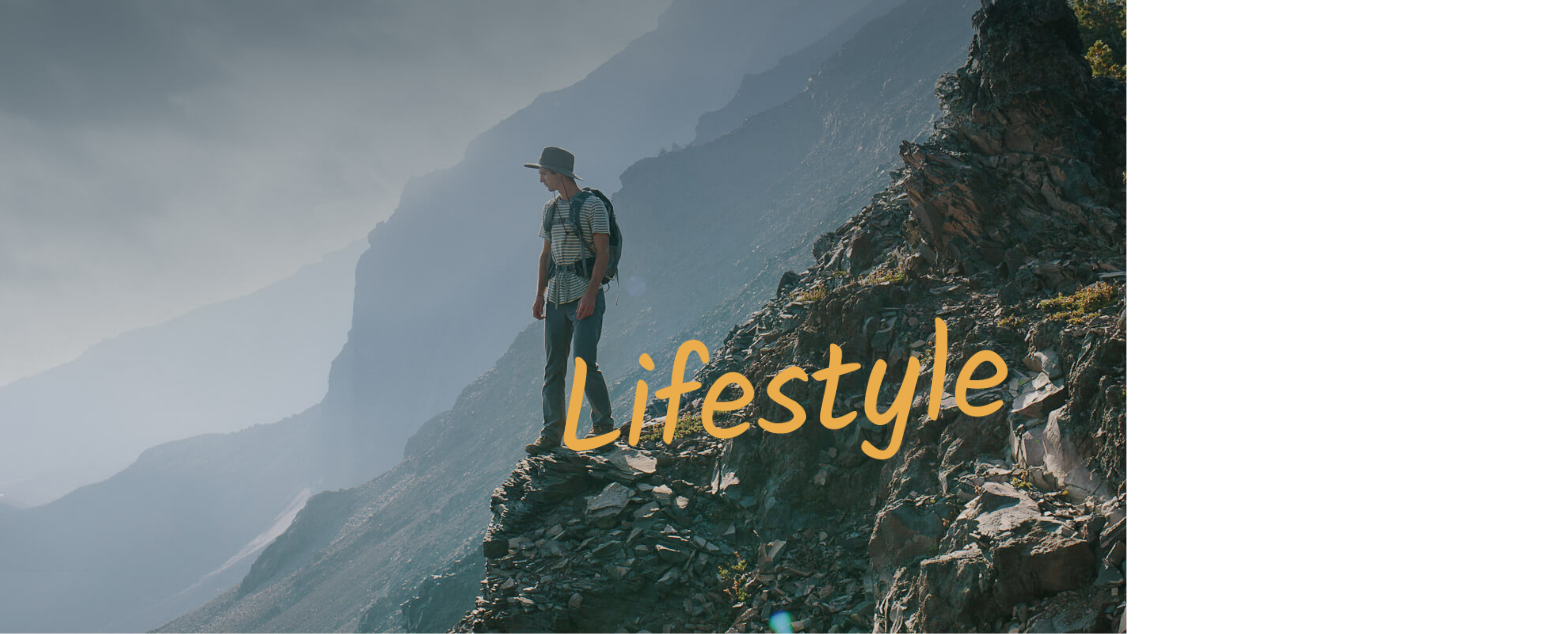
Repository: MalgorzataMazur/BeLife
Page: index.html
An editor plug-in stored every save of this project. The page is shown before and after the next save, followed by the edit.
The browser window is 1280 px wide. The page is 1780 px wide, then 1280 px, then 1780 px, so the pictures cover 1780 px, including what lies to the right of the window. The pictures show the whole page, at 88% of full size.

Above is the page before, as saved 2019-10-29 19:21:20.

After the next save:
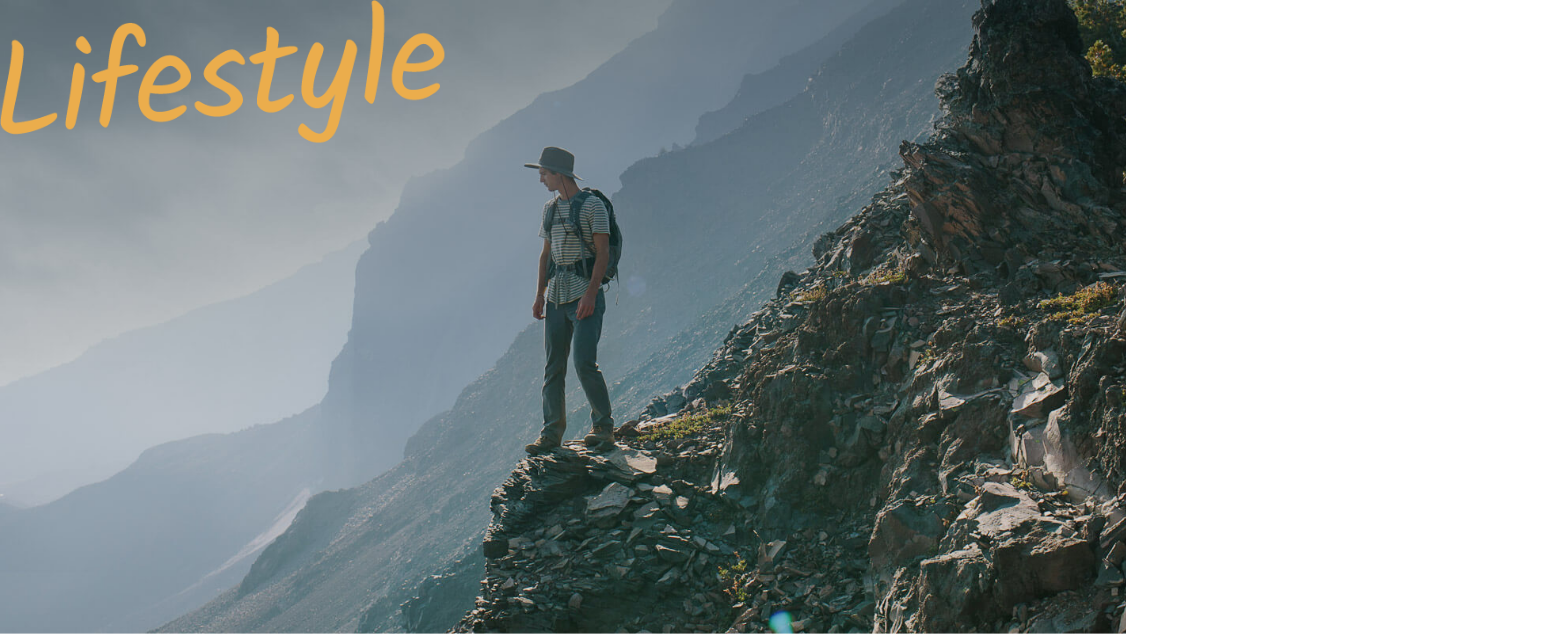
Saved 4 min 42 s later.
--- a/resources/css/style.css
+++ b/resources/css/style.css
@@ -25,12 +25,13 @@
 .hero-logo-box {
     position: absolute;
     width: 1140px;
+
+}
+
+h1 {
+    margin: 0;
     left: 50%;
     top: 50%;
     transform: translate(-50%;-50%);
 
 }
-
-h1 {
-    margin: 0;
-}

After the 2 saves that followed:
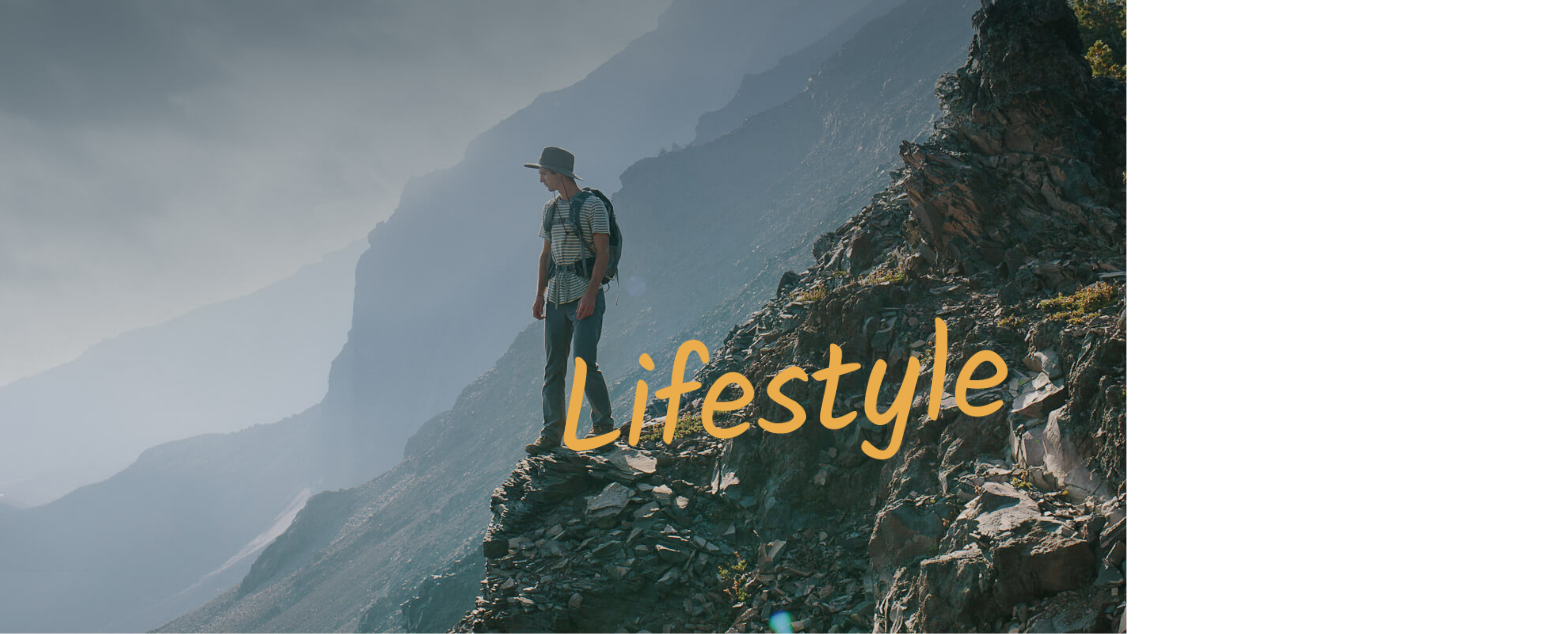
The 2 saves are shown as one change because 1 left the picture as it was.
The last was saved 26 s later.
--- a/resources/css/style.css
+++ b/resources/css/style.css
@@ -25,13 +25,14 @@
 .hero-logo-box {
     position: absolute;
     width: 1140px;
+    left: 50%;
+    top: 50%;
+    transform: translate(-50%;-50%);
 
 }
 
 h1 {
     margin: 0;
-    left: 50%;
-    top: 50%;
-    transform: translate(-50%;-50%);
+
 
 }
